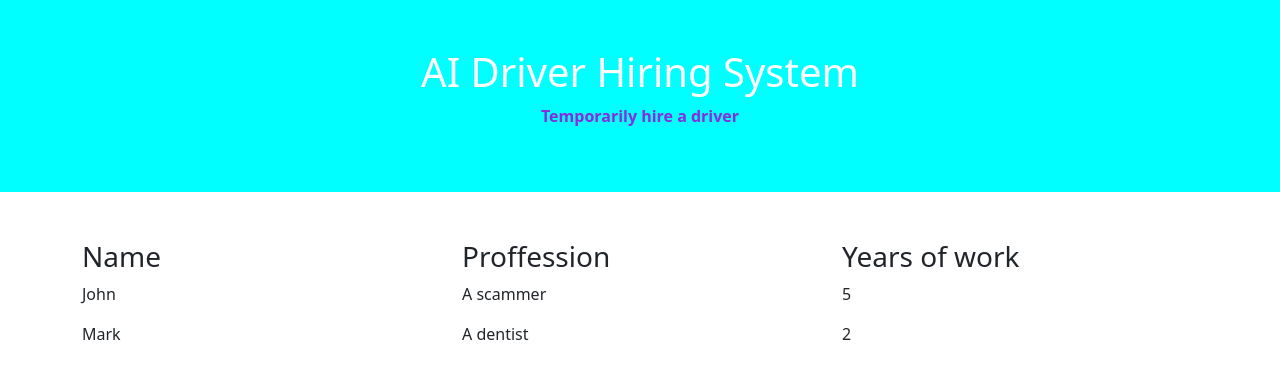
Repository: Wuda2000/AI-powered-Driver-hiring-system
Page: ONE.html
An editor plug-in stored every save of this project. The page is shown before and after a run of saves, followed by the edit.
The browser window is 1280 px wide. The pictures show the whole page.

Above is the page before, as saved 2024-12-23 22:26:06.

After the next 2 saves:
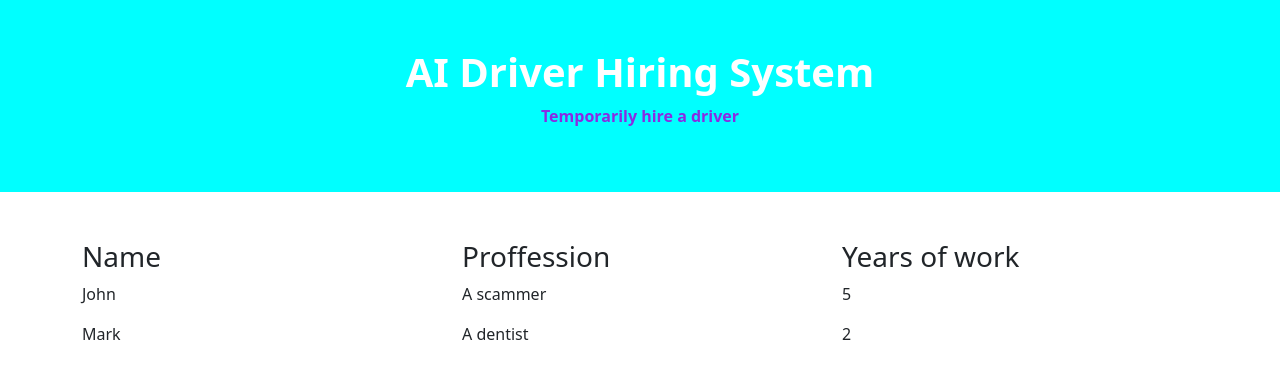
The 2 saves are shown as one change because they came seconds apart.
The last was saved 9 s later.
--- a/ONE.html
+++ b/ONE.html
@@ -11,7 +11,7 @@
 
 
     <div class="container-fluid p-5 text-white text-center" style="background-color: aqua;">
-        <h1><b></b>AI Driver Hiring System</h1>
+        <h1><b>AI Driver Hiring System</b></h1>
         <p style="color: blueviolet;"><b>Temporarily hire a driver</b></p>
       </div>
 
